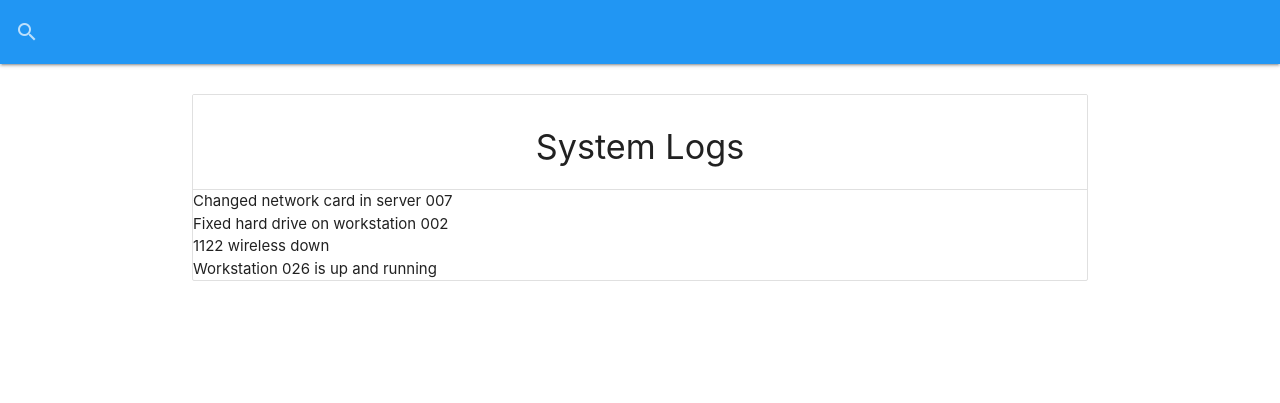
Repository: faraznisar/It-Logger
Page: /
An editor plug-in stored every save of this project. The page is shown before and after the next save, followed by the edit.
The browser window is 1280 px wide. The pictures show the whole page.
The project was rebuilt for these pictures with package versions that can differ from the ones it lists, and the page was loaded fresh each time. Requests to the local data server were answered from the project's data file. Also part of the build but not shown: src/App.css.

Above is the page before, as saved 2020-08-15 15:41:25.

### public/index.html
<!DOCTYPE html>
<html lang="en">
  <head>
    <meta charset="utf-8" />
    <meta name="viewport" content="width=device-width, initial-scale=1" />
    <meta name="theme-color" content="#000000" />
    <meta
      name="description"
      content="Web site created using create-react-app"
    />
    <link
      href="https://fonts.googleapis.com/icon?family=Material+Icons"
      rel="stylesheet"
    />

    <title>IT Logger</title>
  </head>
  <body>
    <noscript>You need to enable JavaScript to run this app.</noscript>
    <div id="root"></div>
  </body>
</html>

### src/App.js
import React, { useEffect, Fragment } from "react";
import "materialize-css/dist/css/materialize.min.css";
import M from "materialize-css/dist/js/materialize.min.js";
import "./App.css";

import SearchBar from "./components/layout/SearchBar";
import Logs from "./components/logs/Logs";

function App() {
  useEffect(() => {
    M.AutoInit();
  });
  return (
    <Fragment>
      <SearchBar />
      <div className="container">
        <Logs />
      </div>
    </Fragment>
  );
}

export default App;

### src/components/layout/SearchBar.js
import React from "react";

const SearchBar = () => {
  return (
    <nav style={{ marginBottom: "30px" }} className="blue">
      <div className="nav-wrapper">
        <form>
          <div className="input-field">
            <input id="search" type="search" />
            <label className="label-icon" htmlFor="search">
              <i className="material-icons">search</i>
            </label>
            <i className="material-icons">close</i>
          </div>
        </form>
      </div>
    </nav>
  );
};

export default SearchBar;

### src/components/logs/Logs.js
import React, { useState, useEffect } from "react";

const Logs = () => {
  const [logs, setLogs] = useState([]);

  const [loading, setLoading] = useState(false);

  useEffect(() => {
    getLogs();
    //eslint-disable-next-line
  }, []);

  const getLogs = async () => {
    setLoading(true);
    const res = await fetch("/logs");
    const data = await res.json();

    setLogs(data);
    setLoading(false);
  };

  if (loading) {
    return <h4>Loading...</h4>;
  }
  return (
    <ul className="collection with-header">
      <li className="collection-header">
        <h4 className="center">System Logs</h4>
      </li>
      {!loading && logs.length === 0 ? (
        <p className="center">No logs to display...</p>
      ) : (
        logs.map((log) => <li>{log.message}</li>)
      )}
    </ul>
  );
};

export default Logs;

### db.json
{
  "logs": [
    {
      "message": "Changed network card in server 007",
      "attention": false,
      "tech": "Sam Smith",
      "date": "2019-05-31T15:46:10.179Z",
      "id": 1
    },
    {
      "id": 2,
      "message": "Fixed hard drive on workstation 002",
      "attention": false,
      "tech": "John Doe",
      "date": "2019-05-31T16:18:04.245Z"
    },
    {
      "message": "1122 wireless down",
      "attention": true,
      "tech": "Sara Wilson",
      "date": "2019-05-31T15:46:48.690Z",
      "id": 3
    },
    {
      "id": 4,
      "message": "Workstation 026 is up and running",
      "attention": false,
      "tech": "Sara Wilson",
      "date": "2019-05-31T19:57:35.544Z"
    }
  ],
  "techs": [
    {
      "id": 1,
      "firstName": "John",
      "lastName": "Doe"
    },
    {
      "id": 2,
      "firstName": "Sam",
      "lastName": "Smith"
    },
    {
      "id": 3,
      "firstName": "Sara",
      "lastName": "Wilson"
    },
    {
      "firstName": "Faraz",
      "lastName": "Shah",
      "id": 4
    }
  ]
}

### src/components/logs/LogItem.js
import React from "react";
import PropTypes from "prop-types";

const LogItem = ({ log }) => {
  return (
    <li className="collection-item">
      <div>
        <a href="">{log.message}</a>
      </div>
    </li>
  );
};

LogItem.propTypes = {
  log: PropTypes.object.isRequired,
};

export default LogItem;

Loaded but not shown: src/index.js (common file)

After the next save:
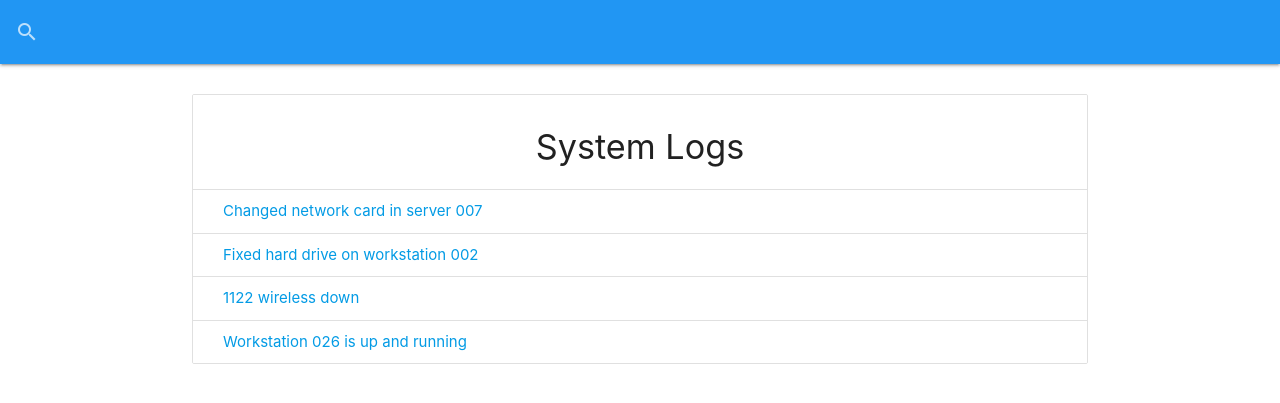
Saved 45 s later.
--- a/src/components/logs/Logs.js
+++ b/src/components/logs/Logs.js
@@ -1,5 +1,6 @@
 import React, { useState, useEffect } from "react";
 
+import LogItem from "./LogItem";
 const Logs = () => {
   const [logs, setLogs] = useState([]);
 
@@ -30,7 +31,7 @@ const Logs = () => {
       {!loading && logs.length === 0 ? (
         <p className="center">No logs to display...</p>
       ) : (
-        logs.map((log) => <li>{log.message}</li>)
+        logs.map((log) => <LogItem log={log} key={log.id} />)
       )}
     </ul>
   );
